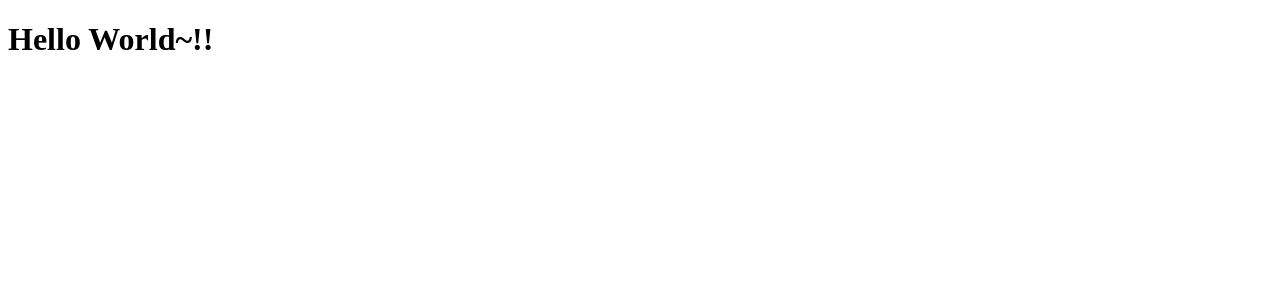
Repository: donghoonshin96/20230601
Page: http://localhost/jsp_study/
These files come from the project's save history. The page is drawn as it stood at one moment and after the next save; the edit follows.
The browser window is 1280 px wide. The pictures show the whole page.
The page is served by Tomcat 9.

Above is the page before, as saved 2023-05-10 08:11:56.

After the next save:
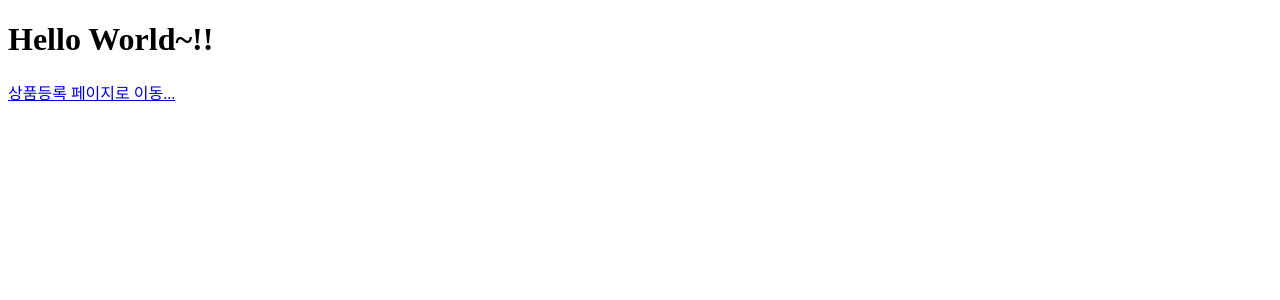
Saved 16 h 2 min later.
--- a/jsp_project1/jsp_study/src/main/webapp/index.jsp
+++ b/jsp_project1/jsp_study/src/main/webapp/index.jsp
@@ -10,5 +10,8 @@
     <h1>
         Hello World~!!
     </h1>
+
+    <a href="register.pd">상품등록 페이지로 이동...</a>
+
 </body>
 </html>
